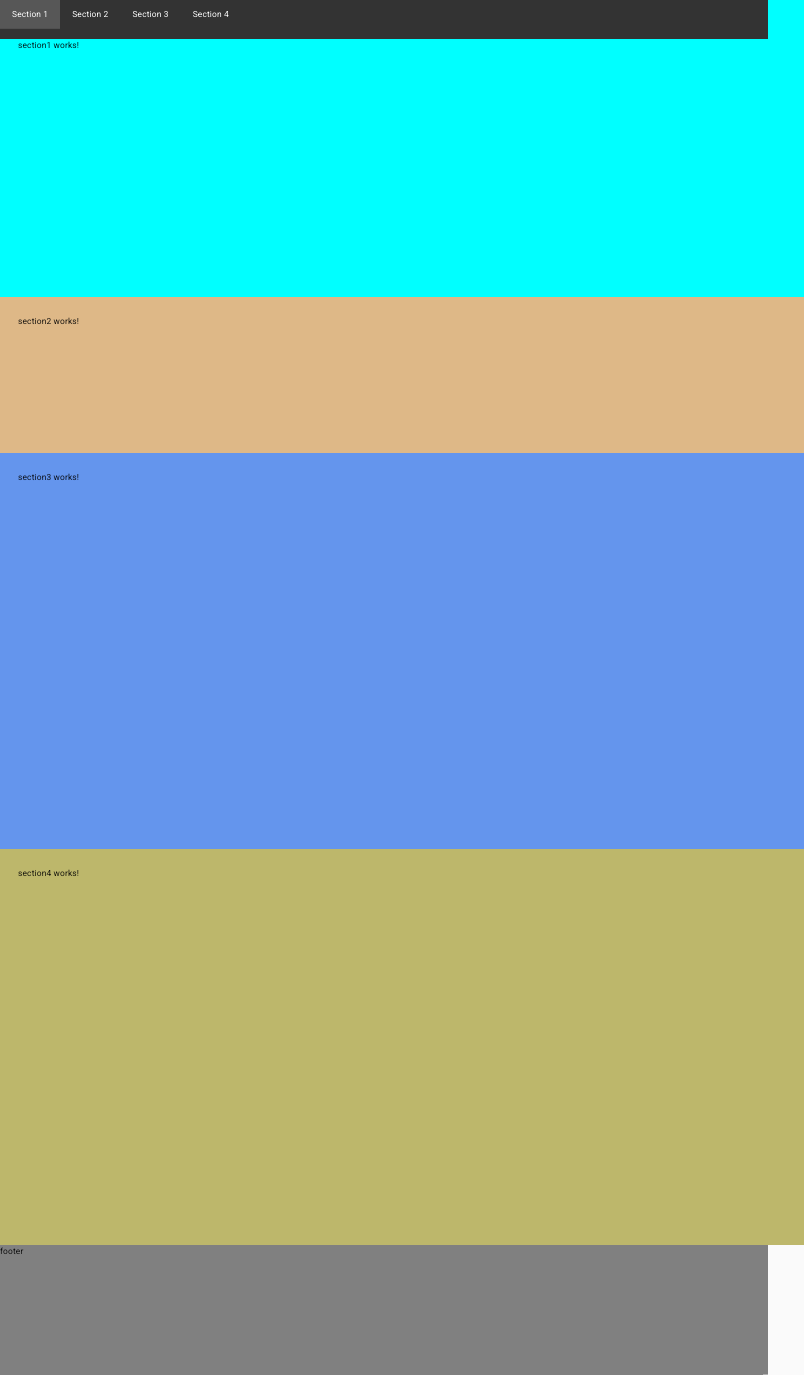
Repository: kai1992cool/angular-fragment-scrolling
Page: /
The author's editor kept a copy of each file at every save. The page is drawn from the files as they stood at one save, then again after the next save.
The browser window is 1280 px wide. The page is 1340 px wide, so the pictures cover 1340 px, including what lies to the right of the window. The pictures show the whole page, at 60% of full size.
The project was rebuilt for these pictures with package versions that can differ from the ones it lists, and the page was loaded fresh each time. Also part of the build but not shown: angular.json.

Above is the page before, as saved 2024-08-19 21:27:50.

### src/index.html
<!DOCTYPE html>
<html lang="en">
  <head>
    <title>My app</title>
    <meta charset="UTF-8" />
    <meta name="viewport" content="width=device-width, initial-scale=1" />
    <link rel="preconnect" href="https://fonts.gstatic.com" />
    <link
      href="https://fonts.googleapis.com/css2?family=Roboto:wght@300;400;500&display=swap"
      rel="stylesheet"
    />
    <link
      href="https://fonts.googleapis.com/icon?family=Material+Icons"
      rel="stylesheet"
    />
    <base href="/" />
  </head>
  <body class="mat-typography mat-app-background">
    <app-root>Loading...</app-root>
  </body>
</html>

### src/global_styles.css
/* Add application styles & imports to this file! */
@import '../node_modules/@angular/material/prebuilt-themes/indigo-pink.css';

* {
  margin: 0;
}

:root {
  --nav-height: 65px;
}

section {
  padding: 30px;
}

#section-1 {
  padding-top: var(--nav-height);
}

.container {
  position: relative;
}

app-nav {
  position: fixed;
  top: 0;
  left: 0;
  right: 0;
}

html {
  scroll-behavior: smooth;
}

### src/main.ts
import { Component } from '@angular/core';
import { bootstrapApplication } from '@angular/platform-browser';
import { NavComponent } from './app/nav/nav.component';
import 'zone.js';
import { provideAnimations } from '@angular/platform-browser/animations';
import { CommonModule } from '@angular/common';
import { ExtraOptions, provideRouter, RouterModule, withHashLocation, withInMemoryScrolling } from '@angular/router';
import { routes } from './app/app.routes';

@Component({
  selector: 'app-root',
  standalone: true,
  imports: [NavComponent, CommonModule, RouterModule],
  template: `
  <div class="container">
     <app-nav></app-nav>
     <router-outlet></router-outlet>
  </div>
  `,
})
export class App {
  name = 'Angular';
  ngOnInit(): void {}
}

const routerOptions: ExtraOptions = {
  scrollPositionRestoration: "enabled",
  anchorScrolling: "enabled",
}

bootstrapApplication(App, {
  providers: [provideAnimations(), provideRouter(routes, withInMemoryScrolling(routerOptions))],
}).catch((err) => console.error(err));

### src/app/nav/nav.component.ts
import { Component } from '@angular/core';
import { RouterModule } from '@angular/router';

@Component({
  selector: 'app-nav',
  standalone: true,
  imports: [RouterModule],
  templateUrl: './nav.component.html',
  styleUrl: './nav.component.css',
})
export class NavComponent {}

### src/app/app.routes.ts
import { Routes } from '@angular/router';
import { HomeComponent } from './home/home.component';

export const routes: Routes = [
  { path: '', component: HomeComponent },
  { path: '**', redirectTo: '' },
];

### src/app/nav/nav.component.html
<nav>
  <ul>
    <li>
      <a [routerLink]="'.'" [fragment]="'section-1'">Section 1</a>
    </li>

    <li>
      <a [routerLink]="'.'" [fragment]="'section-2'">Section 2</a>
    </li>

    <li>
      <a [routerLink]="'.'" [fragment]="'section-3'">Section 3</a>
    </li>

    <li>
      <a [routerLink]="'.'" [fragment]="'section-4'">Section 4</a>
    </li>
  </ul>
</nav>

### src/app/nav/nav.component.css
nav {
  background-color: #333;
  height: var(--nav-height);
}

nav ul {
  list-style-type: none;
  margin: 0;
  padding: 0;
  display: flex;
}

nav ul li {
  margin: 0;
}

nav ul li a {
  display: block;
  padding: 14px 20px;
  text-decoration: none;
  color: white;
}

nav ul li a:hover {
  background-color: #575757;
}

### src/app/home/home.component.ts
import { Component } from '@angular/core';
import { Section1Component } from '../section1/section1.component';
import { Section2Component } from '../section2/section2.component';
import { Section3Component } from '../section3/section3.component';
import { Section4Component } from '../section4/section4.component';
import { CommonModule } from '@angular/common';
import { ActivatedRoute } from '@angular/router';
import { NavigationService } from '../navigation.service';

@Component({
  selector: 'app-home',
  standalone: true,
  imports: [
    Section1Component,
    Section2Component,
    Section3Component,
    Section4Component,
    CommonModule,
  ],
  template: `
    <app-section1></app-section1>
    <app-section2></app-section2>
    <app-section3></app-section3>
    <app-section4></app-section4>
    <div style="width:100vw; height: 30vh; background-color: gray;">footer</div>
  `,
})
export class HomeComponent {
  constructor(
    private activatedRoute: ActivatedRoute,
    private navigationService: NavigationService
  ) {}

  ngOnInit(): void {
    // this.activatedRoute.pathFromRoot &&
    //   this.activatedRoute.pathFromRoot.length > 0 &&
    //   this.activatedRoute.pathFromRoot[1].url.subscribe((url) => {
    //     let elementId = url[0].path;
    //     this.navigationService.scrollToSection(elementId);
    //   });
  }
}

### src/app/section1/section1.component.ts
import { Component } from '@angular/core';

@Component({
  selector: 'app-section1',
  standalone: true,
  imports: [],
  templateUrl: './section1.component.html',
  styleUrl: './section1.component.css'
})
export class Section1Component {

}

### src/app/section2/section2.component.ts
import { Component } from '@angular/core';

@Component({
  selector: 'app-section2',
  standalone: true,
  imports: [],
  templateUrl: './section2.component.html',
  styleUrl: './section2.component.css'
})
export class Section2Component {

}

### src/app/section3/section3.component.ts
import { Component } from '@angular/core';

@Component({
  selector: 'app-section3',
  standalone: true,
  imports: [],
  templateUrl: './section3.component.html',
  styleUrl: './section3.component.css'
})
export class Section3Component {

}

### src/app/section4/section4.component.ts
import { Component } from '@angular/core';

@Component({
  selector: 'app-section4',
  standalone: true,
  imports: [],
  templateUrl: './section4.component.html',
  styleUrl: './section4.component.css'
})
export class Section4Component {

}

### src/app/navigation.service.ts
import { Injectable } from '@angular/core';

@Injectable({ providedIn: 'root' })
export class NavigationService {
  getNavHeight() {
    const navElement = document.getElementsByTagName('nav')[0]!;

    return navElement.offsetHeight;
  }

  public scrollToSection(sectionId: string): void {
    const targetElement = document.getElementById(sectionId);
    if (targetElement) {
      const navHeight = this.getNavHeight();
      const yPosition =
        targetElement.getBoundingClientRect().top + window.scrollY - navHeight;
      window.scrollTo({ top: yPosition, behavior: 'smooth' });
    }
  }
}

### src/app/section1/section1.component.html
<section id="section-1">
  <p>section1 works!</p>
</section>

### src/app/section1/section1.component.css
section {
  background-color: aqua;
  width: 100%;
  height: 400px;
}

### src/app/section2/section2.component.html
<section id="section-2">
  <p>section2 works!</p>
</section>

### src/app/section2/section2.component.css
section {
  background-color: burlywood;
  width: 100%;
  height: 200px;
}

### src/app/section3/section3.component.html
<section id="section-3">
  <p>section3 works!</p>
</section>

### src/app/section3/section3.component.css
section {
  background-color: cornflowerblue;
  width: 100%;
  height: 600px;
}

### src/app/section4/section4.component.html
<section id="section-4">
  <p>section4 works!</p>
</section>

### src/app/section4/section4.component.css
section {
  background-color: darkkhaki;
  width: 100%;
  height: 600px;
}

After the next save:
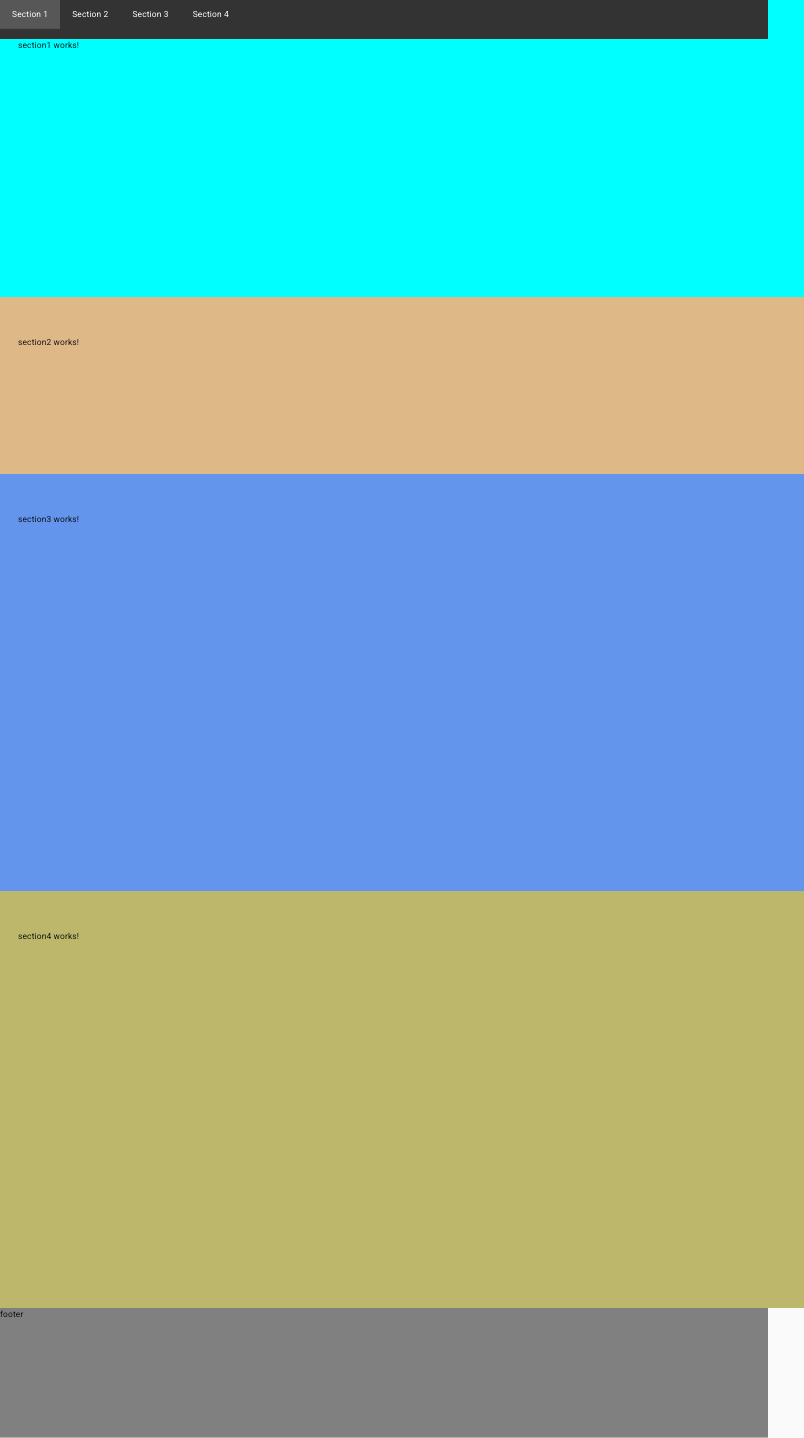
Saved 57 s later.
--- a/src/global_styles.css
+++ b/src/global_styles.css
@@ -13,7 +13,7 @@ section {
   padding: 30px;
 }
 
-#section-1 {
+section {
   padding-top: var(--nav-height);
 }
 
